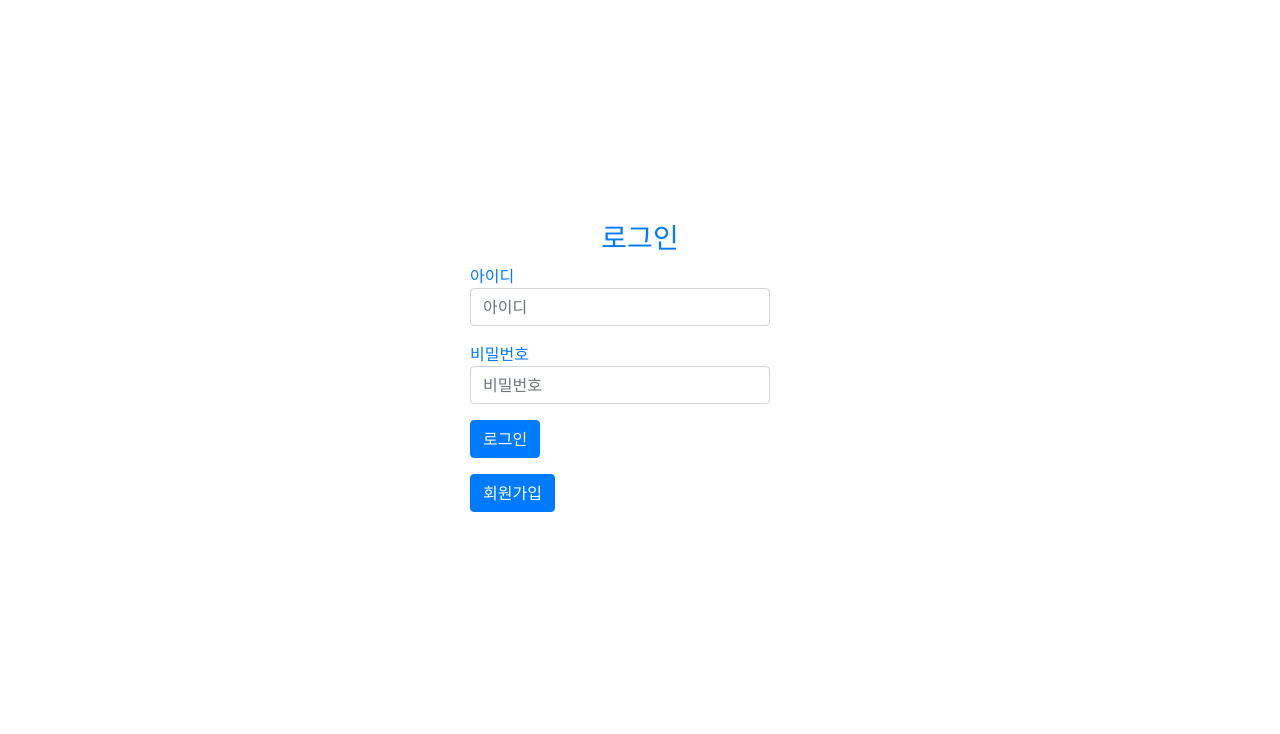
Repository: Seongjoo-Shin/webServer
Page: http://localhost/project/project/login.jsp
The author's editor kept a copy of each file at every save. The page is drawn from the files as they stood at one save, then again after the next save.
The browser window is 1280 px wide. The pictures show the whole page.
The page is served by Tomcat 9. Other server files are loaded and not shown.

Above is the page before, as saved 2021-06-14 05:28:05.

### 20165514_신성주_웹서버구축_프로젝트_소스코드/project/WebContent/project/login.jsp
<%@ page language="java" contentType="text/html; charset=utf-8"
    pageEncoding="utf-8"%>
<!DOCTYPE html>
<html>
<head>
<meta charset="utf-8">
<title>로그인</title>
<link rel="stylesheet" href="https://stackpath.bootstrapcdn.com/bootstrap/4.3.1/css/bootstrap.min.css" integrity="sha384-ggOyR0iXCbMQv3Xipma34MD+dH/1fQ784/j6cY/iJTQUOhcWr7x9JvoRxT2MZw1T" crossorigin="anonymous">
</head>
<body>
	<div class="container">
		<div class="col-sm-4" style="margin:20% auto; border=solid 1;">
		<h3 class="text-center text-primary">로그인</h3>
		<form method="post" action="login_process.jsp">
			<p class="text-primary">아이디<input type="text" name="user_id" class="form-control" placeholder="아이디" style="width:300px;"></p>
			<p class="text-primary">비밀번호<input type="password" name="user_pwd" class="form-control" placeholder="비밀번호" style="width:300px;"></p>
			<p><input type="submit" class="btn btn-primary" value="로그인"></p>
			<p><a href="register.jsp" class="btn btn-primary">회원가입</a>
		</form>
		</div>
	</div>
</body>
</html>

After the next save:
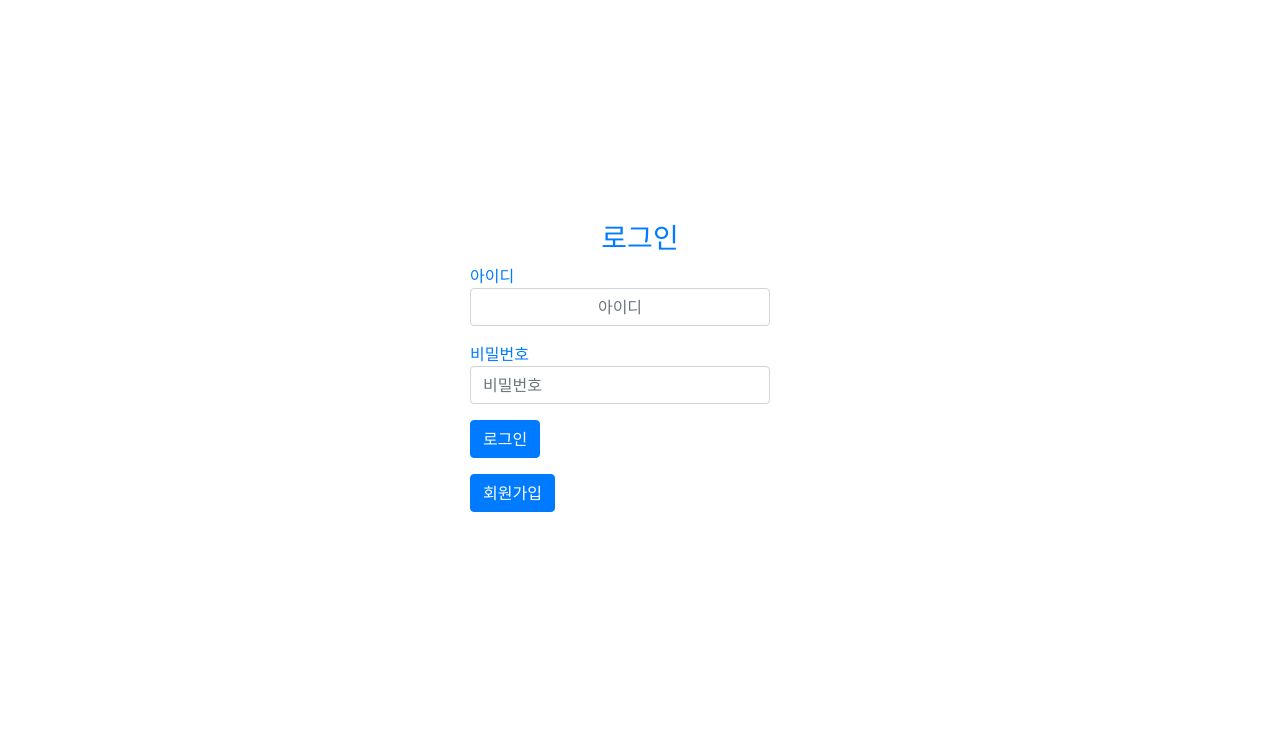
Saved 8 s later.
--- a/20165514_신성주_웹서버구축_프로젝트_소스코드/project/WebContent/project/login.jsp
+++ b/20165514_신성주_웹서버구축_프로젝트_소스코드/project/WebContent/project/login.jsp
@@ -12,7 +12,7 @@
 		<div class="col-sm-4" style="margin:20% auto; border=solid 1;">
 		<h3 class="text-center text-primary">로그인</h3>
 		<form method="post" action="login_process.jsp">
-			<p class="text-primary">아이디<input type="text" name="user_id" class="form-control" placeholder="아이디" style="width:300px;"></p>
+			<p class="text-primary">아이디<input type="text" name="user_id" class="form-control text-center" placeholder="아이디" style="width:300px;"></p>
 			<p class="text-primary">비밀번호<input type="password" name="user_pwd" class="form-control" placeholder="비밀번호" style="width:300px;"></p>
 			<p><input type="submit" class="btn btn-primary" value="로그인"></p>
 			<p><a href="register.jsp" class="btn btn-primary">회원가입</a>

After the save that followed:
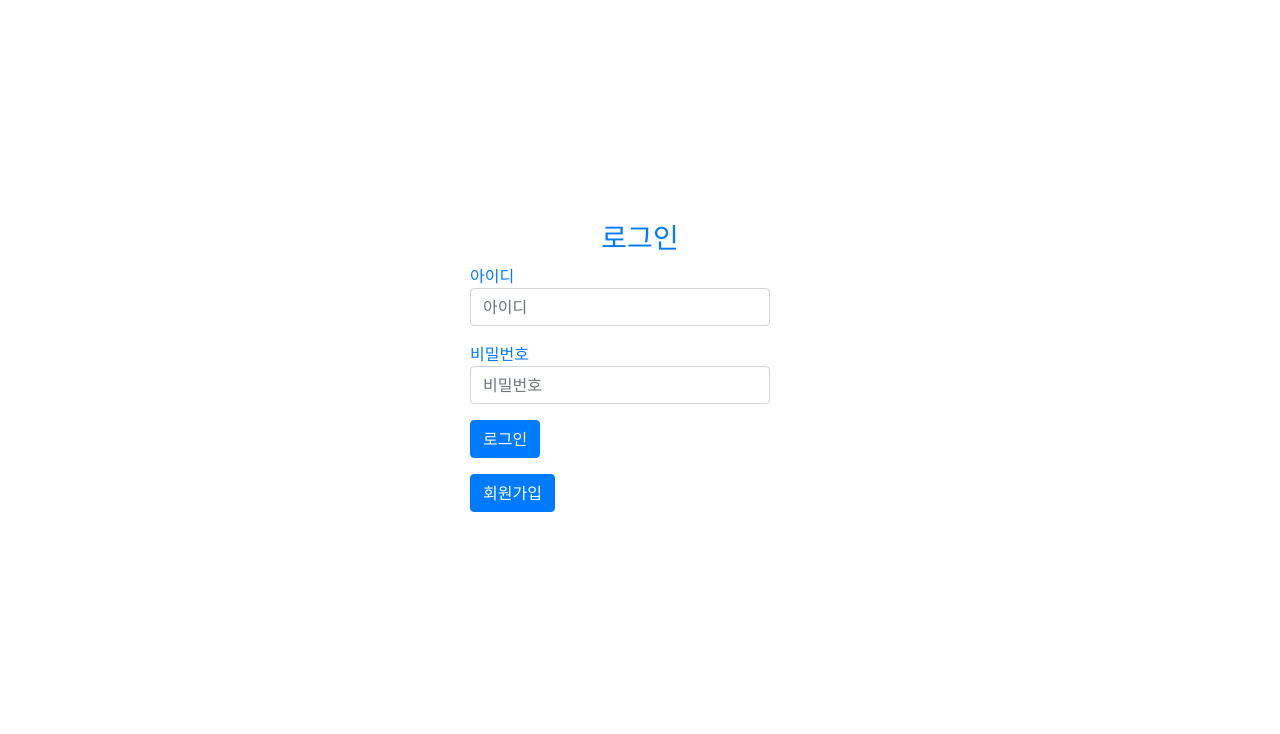
Saved 8 s later.
--- a/20165514_신성주_웹서버구축_프로젝트_소스코드/project/WebContent/project/login.jsp
+++ b/20165514_신성주_웹서버구축_프로젝트_소스코드/project/WebContent/project/login.jsp
@@ -12,7 +12,7 @@
 		<div class="col-sm-4" style="margin:20% auto; border=solid 1;">
 		<h3 class="text-center text-primary">로그인</h3>
 		<form method="post" action="login_process.jsp">
-			<p class="text-primary">아이디<input type="text" name="user_id" class="form-control text-center" placeholder="아이디" style="width:300px;"></p>
+			<p class="text-primary">아이디<input type="text" name="user_id" class="form-control" placeholder="아이디" style="width:300px;"></p>
 			<p class="text-primary">비밀번호<input type="password" name="user_pwd" class="form-control" placeholder="비밀번호" style="width:300px;"></p>
 			<p><input type="submit" class="btn btn-primary" value="로그인"></p>
 			<p><a href="register.jsp" class="btn btn-primary">회원가입</a>
